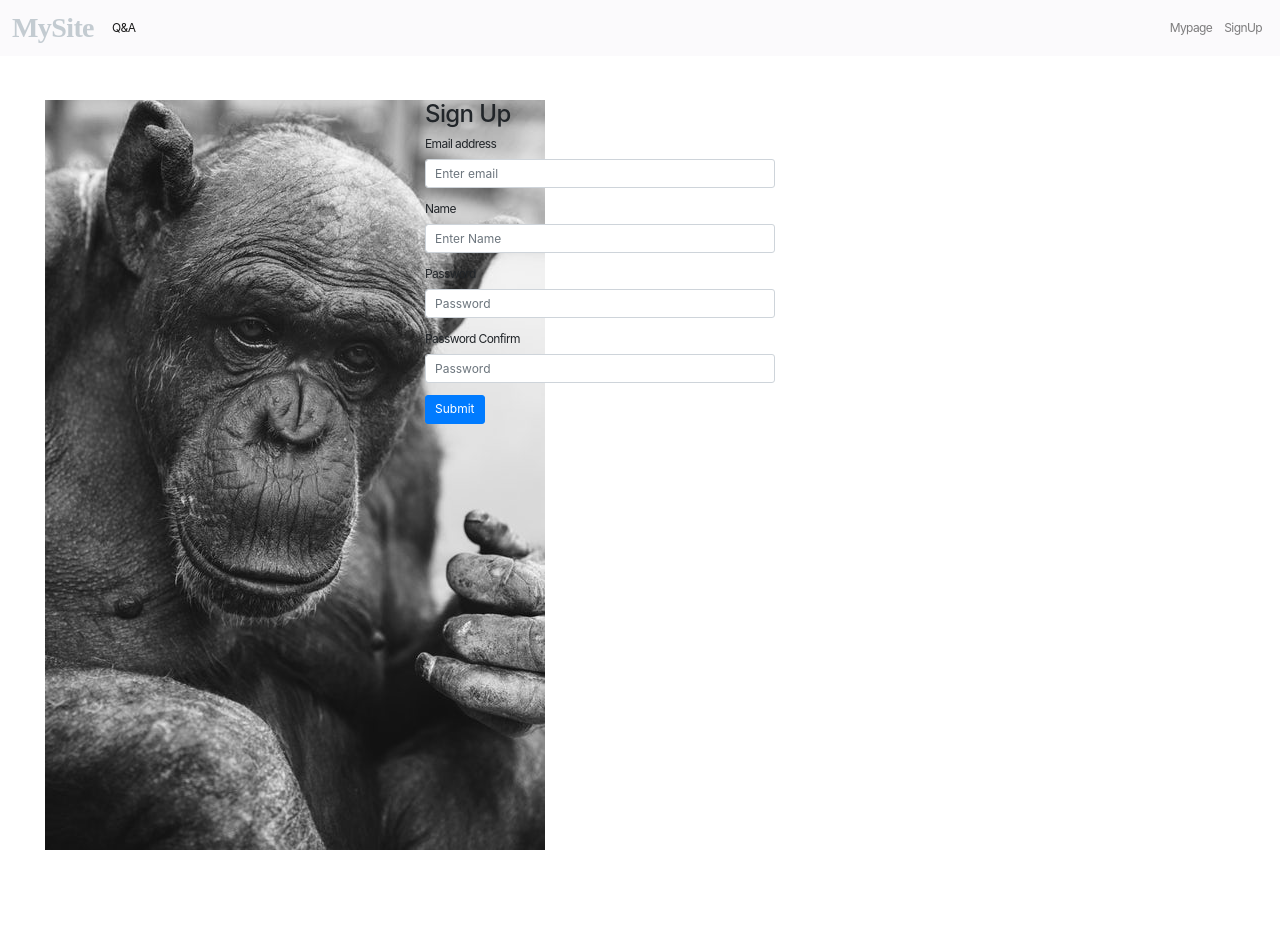
Repository: JungSWon/Project
Page: http://localhost/signup
The author's editor kept a record of every edit. The page is drawn from the files as they stood at one moment, then again after the next edit.
The browser window is 1280 px wide. The pictures show the whole page.
Some web fonts or font styles are not loaded; a fallback is used. The page is served by the project's application, run on Django 2.2 (pj05/manage.py).

Above is the page before.

After the next edit:
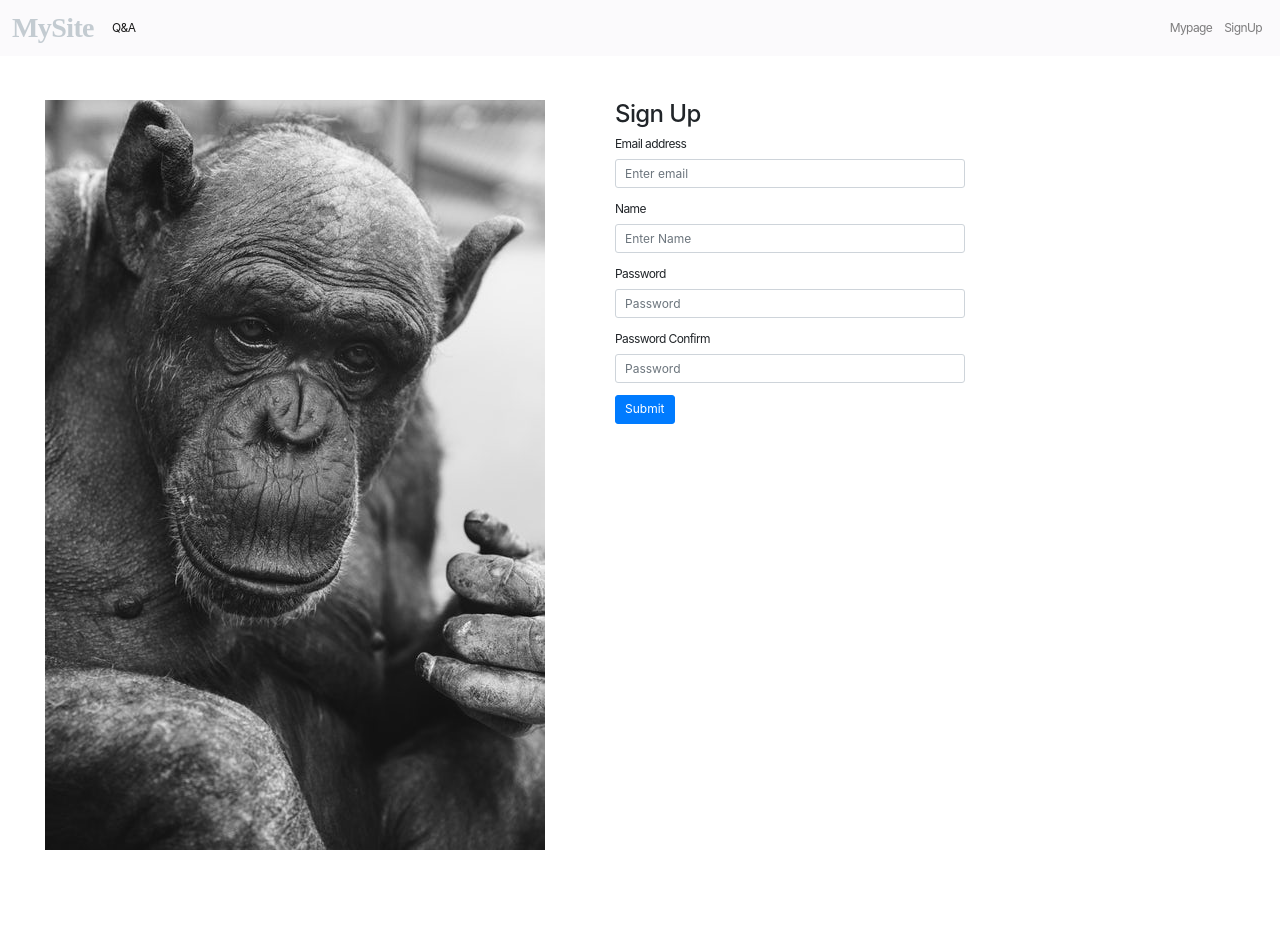
The edit:
--- a/05_detail/pj05/detail/templates/signup.html
+++ b/05_detail/pj05/detail/templates/signup.html
@@ -9,7 +9,7 @@
 <div class="page-body container">
     <!-- style='margin-top: 100px;'-->
     <div class="row">
-        <div class="image col-4">
+        <div class="image col-6">
             <img src="../static/assets/signup.jpg" alt="">
         </div>
         <div class="submit_form col-4">
